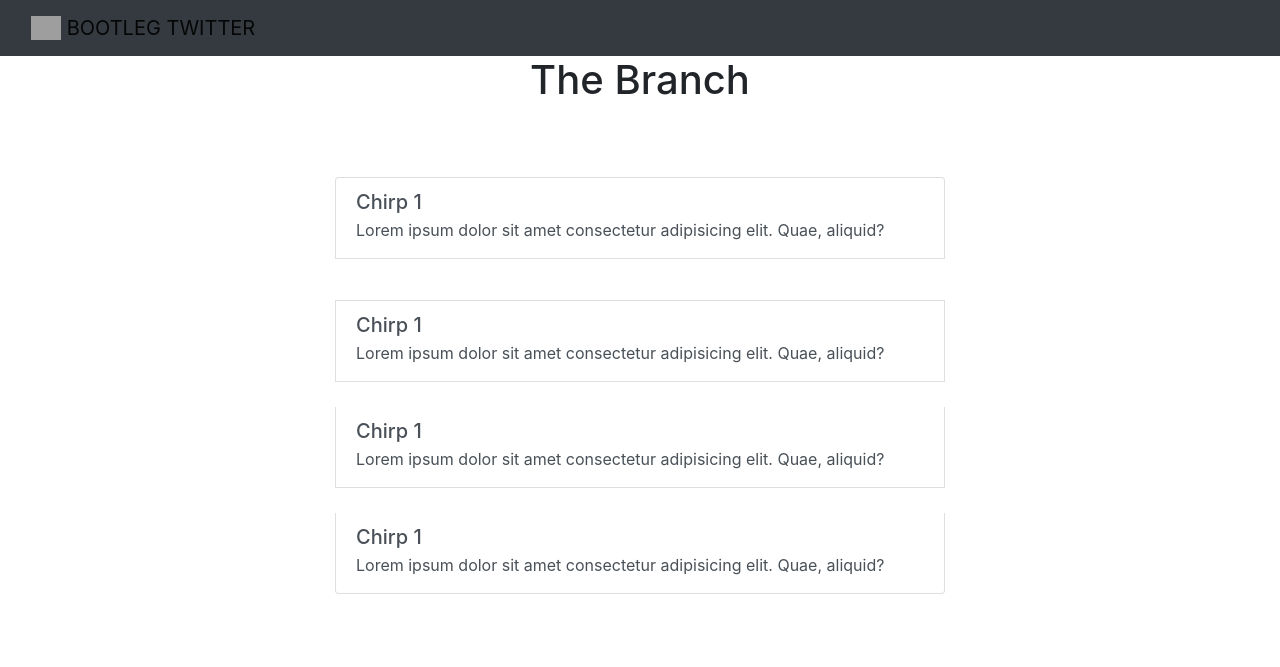
Repository: DavidDontKnow/BootlegTwitter
Page: html/FEED.HTML
The author's editor kept a copy of each file at every save. The page is drawn from the files as they stood at one save, then again after the next save.
The browser window is 1280 px wide. The pictures show the whole page.
Pictures or frames that could not be fetched are drawn as grey boxes.

Above is the page before, as saved 2023-04-06 11:06:12.

After the next save:
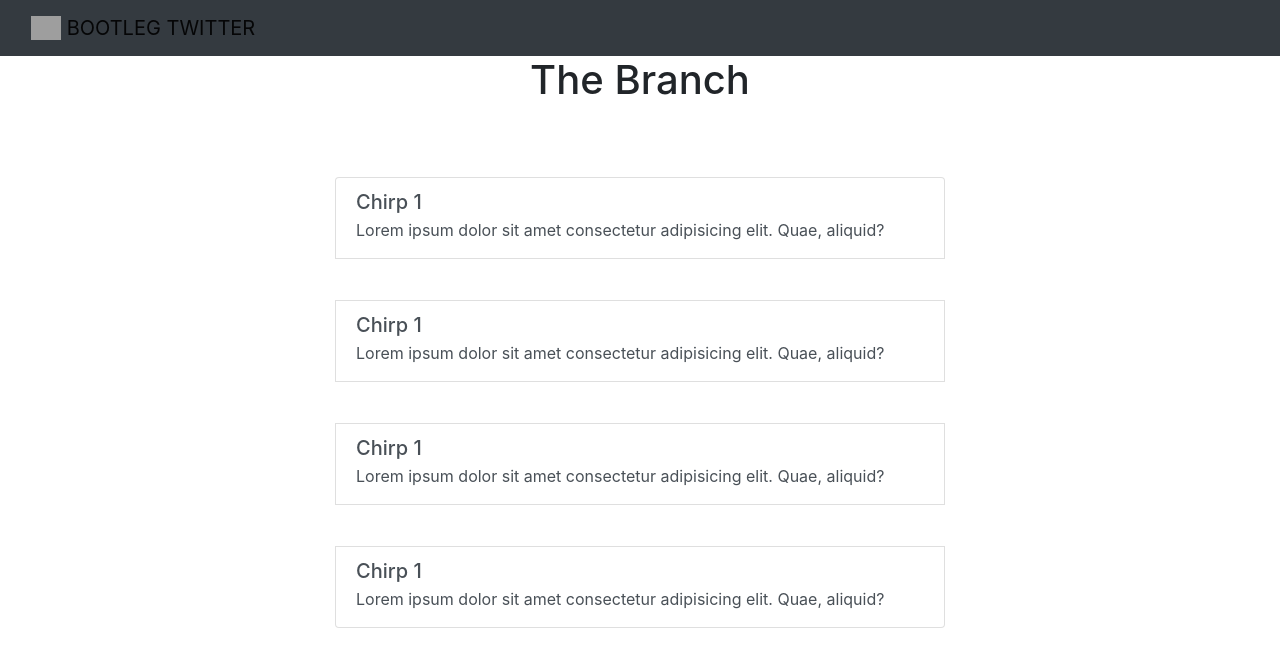
Saved 14 s later.
--- a/html/FEED.HTML
+++ b/html/FEED.HTML
@@ -37,10 +37,12 @@
                         <h5 class="mb-1">Chirp 1</h5>
                         <p class="mb-1">Lorem ipsum dolor sit amet consectetur adipisicing elit. Quae, aliquid?</p>
                     </a>
+                    <div class="mt-3"></div>
                     <a href="#" class="list-group-item list-group-item-action">
                         <h5 class="mb-1">Chirp 1</h5>
                         <p class="mb-1">Lorem ipsum dolor sit amet consectetur adipisicing elit. Quae, aliquid?</p>
                     </a>
+                    <div class="mt-3"></div>
                     <a href="#" class="list-group-item list-group-item-action">
                         <h5 class="mb-1">Chirp 1</h5>
                         <p class="mb-1">Lorem ipsum dolor sit amet consectetur adipisicing elit. Quae, aliquid?</p>
